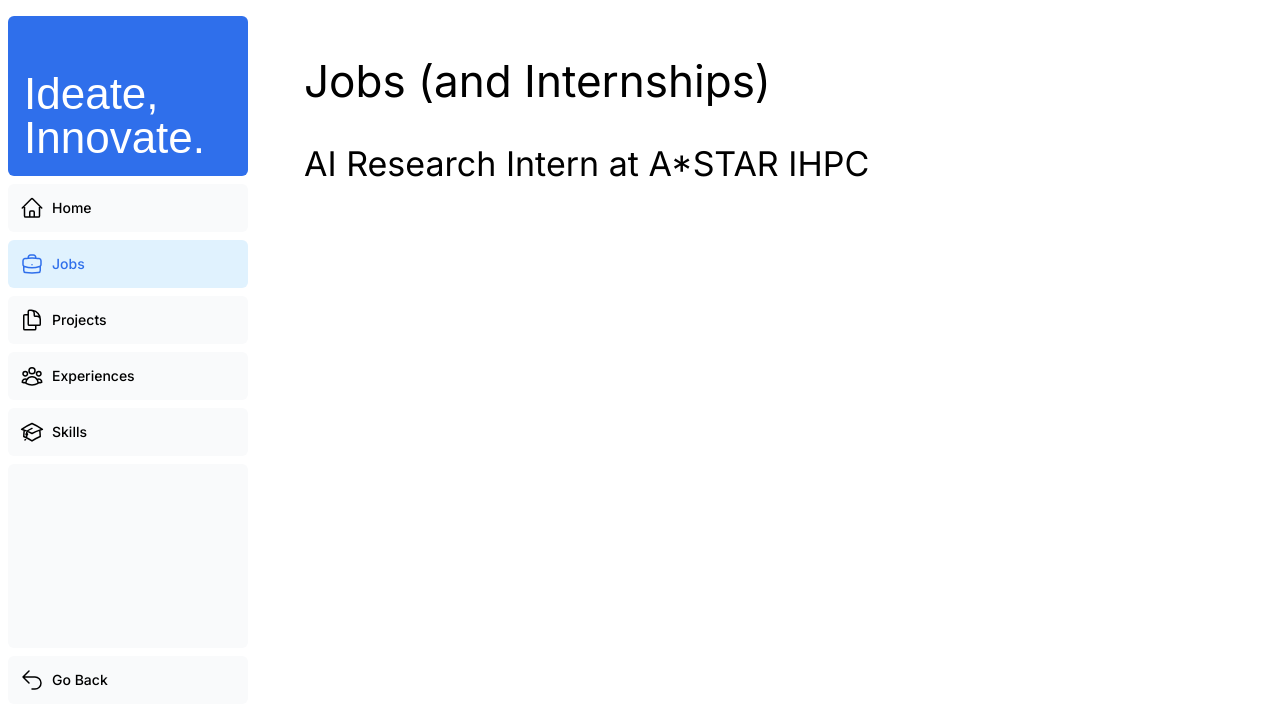
Repository: ThatGirlJam/jaime-portfolio
Page: /dashboard/jobs
These files come from the project's save history. The page is drawn as it stood at one moment and after the next save; the edit follows.
The browser window is 1280 px wide. The pictures show the whole page.
Some web fonts or font styles are not loaded; a fallback is used. The project was rebuilt for these pictures with package versions that can differ from the ones it lists, and the page was loaded fresh each time. The framework's server and built-in components were replaced by stand-ins that run in the browser. Also part of the build but not shown: next.config.js.

Above is the page before, as saved 2024-06-05 19:50:10.

After the next save:
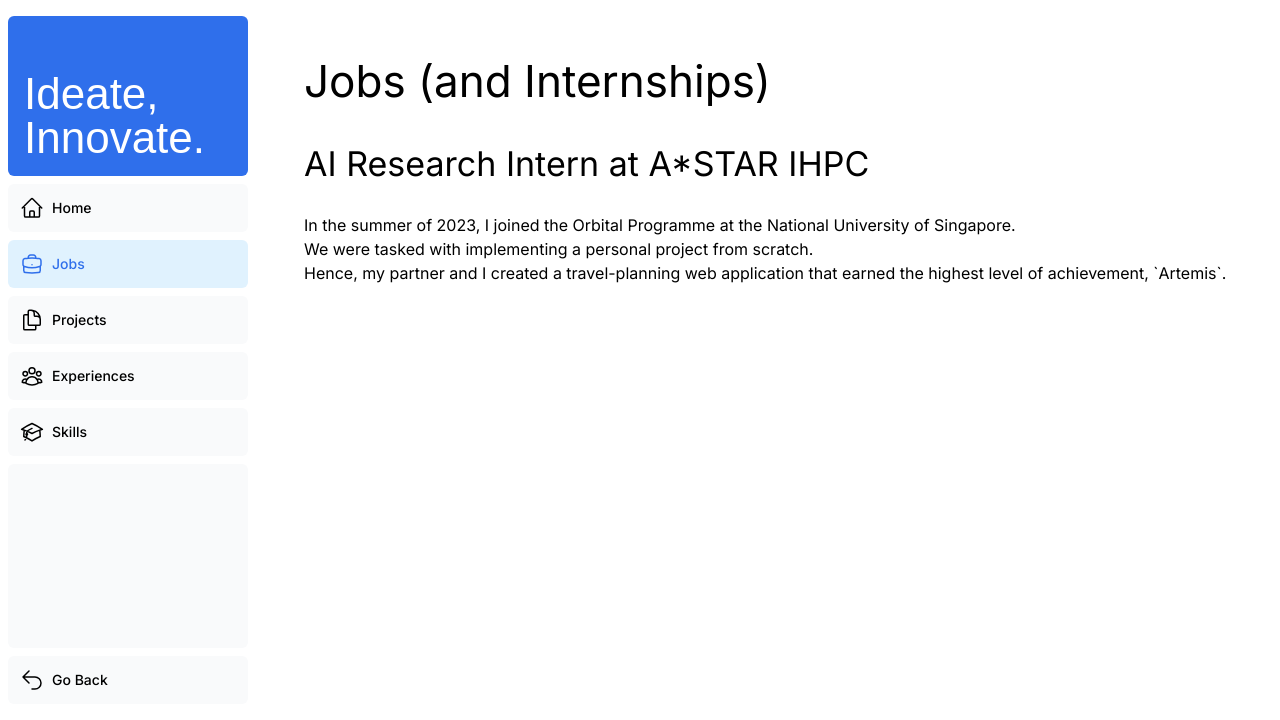
Saved 2 min 34 s later.
--- a/app/dashboard/jobs/page.tsx
+++ b/app/dashboard/jobs/page.tsx
@@ -5,6 +5,14 @@
       <br />
       <p className="text-[34px]"> AI Research Intern at A*STAR IHPC </p>
       <br />
+
+      <p>
+        In the summer of 2023, I joined the Orbital Programme at the National
+        University of Singapore. <br />
+        We were tasked with implementing a personal project from scratch. <br />
+        Hence, my partner and I created a travel-planning web application that
+        earned the highest level of achievement, `Artemis`.
+      </p>
     </div>
   );
 }
